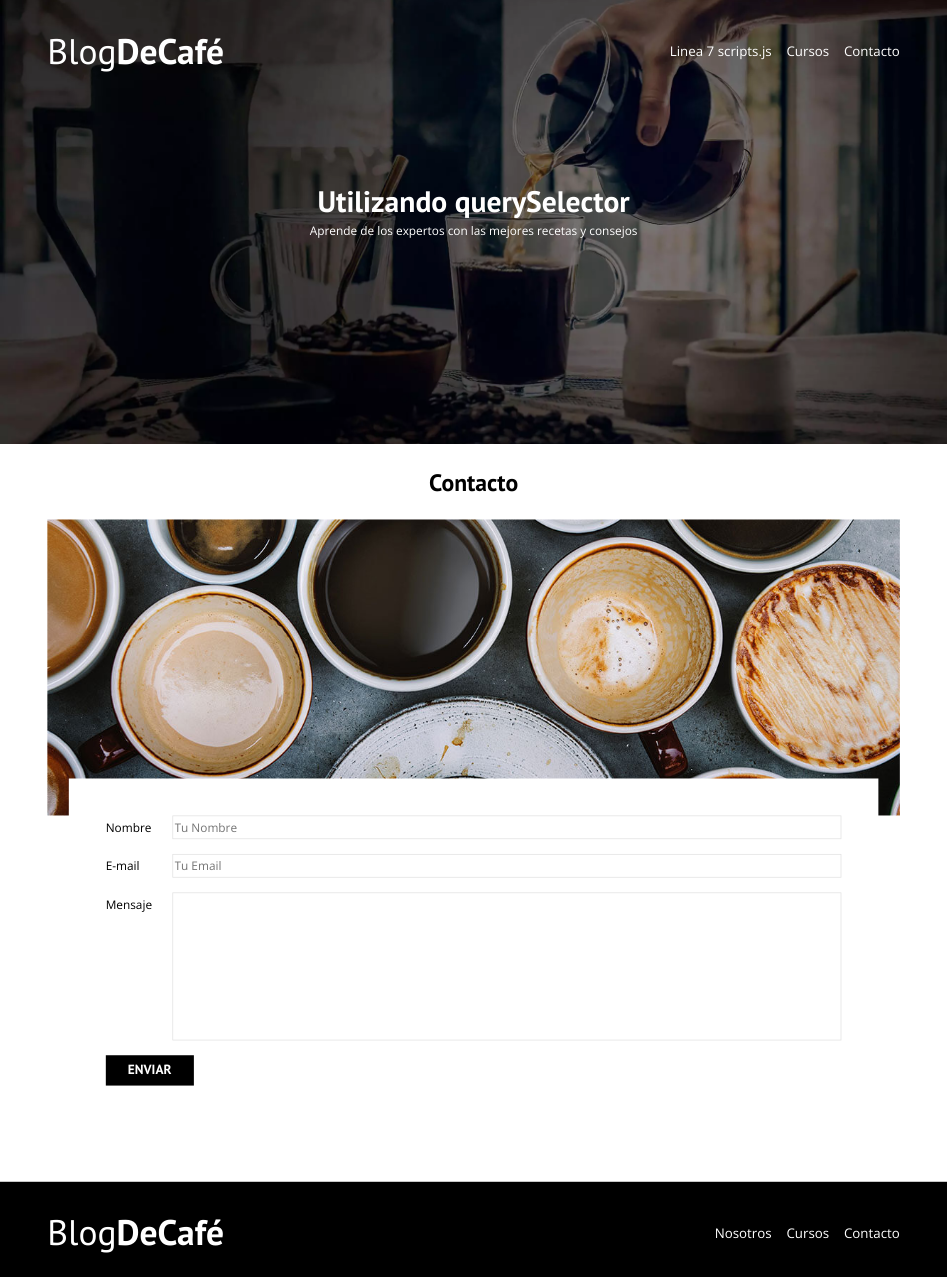
Repository: araque1990/blog_de_cafe
Page: contacto.html
These files come from the project's save history. The page is drawn as it stood at one moment and after the next save; the edit follows.
The browser window is 1280 px wide. The pictures show the whole page, at 74% of full size.

Above is the page before, as saved 2023-01-22 20:49:39.

After the next save:
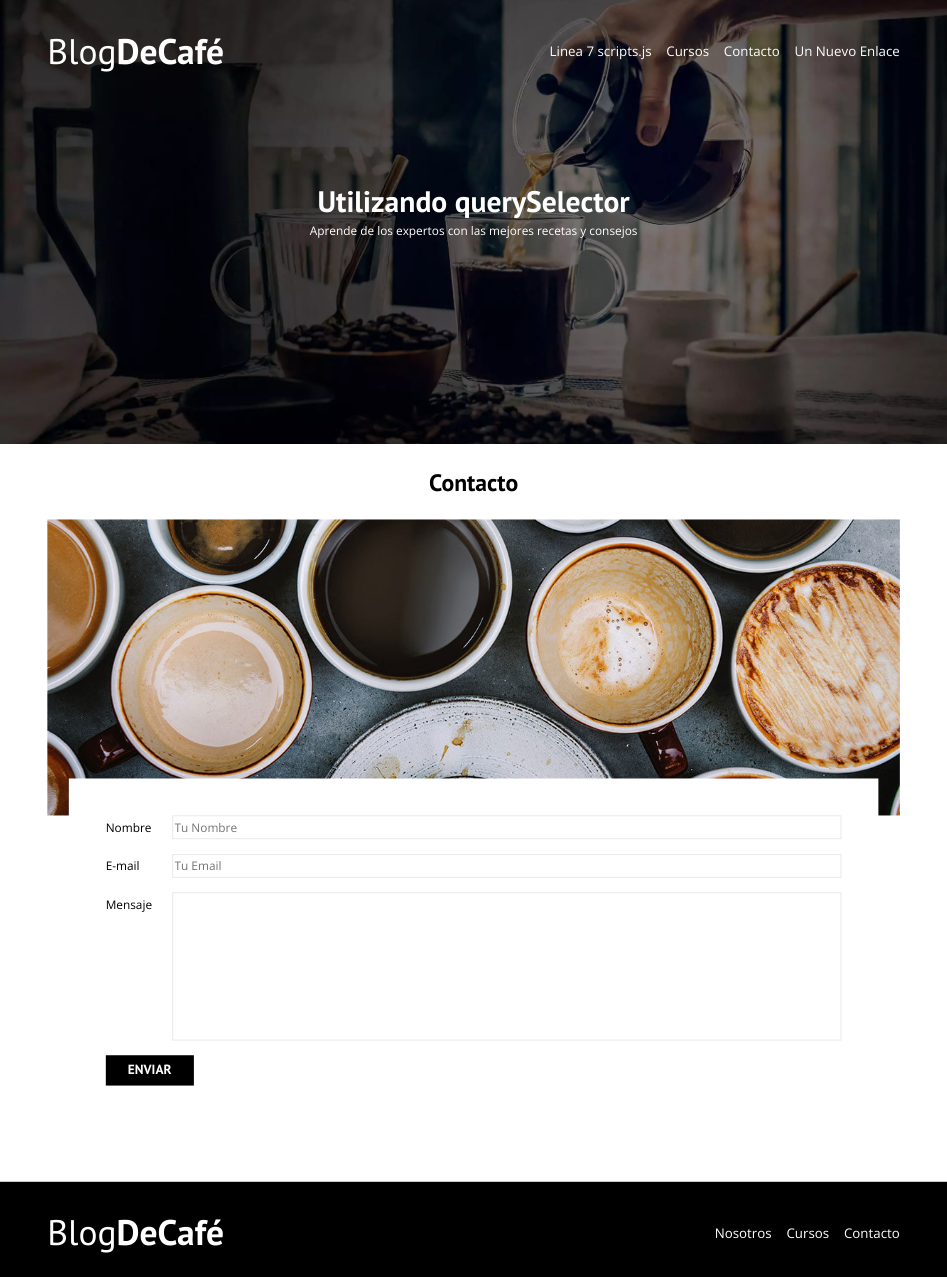
Saved 4 min 16 s later.
--- a/js/scripts.js
+++ b/js/scripts.js
@@ -18,4 +18,8 @@ nuevoEnlace.textContent = 'Un Nuevo Enlace';
 //Agregar la clase
 nuevoEnlace.classList.add('navegacion__enlace');
 
+//Agregarlo al Documento
+const navegacion = document.querySelector('.navegacion');
+navegacion.appendChild(nuevoEnlace);
+
 console.log(nuevoEnlace)
